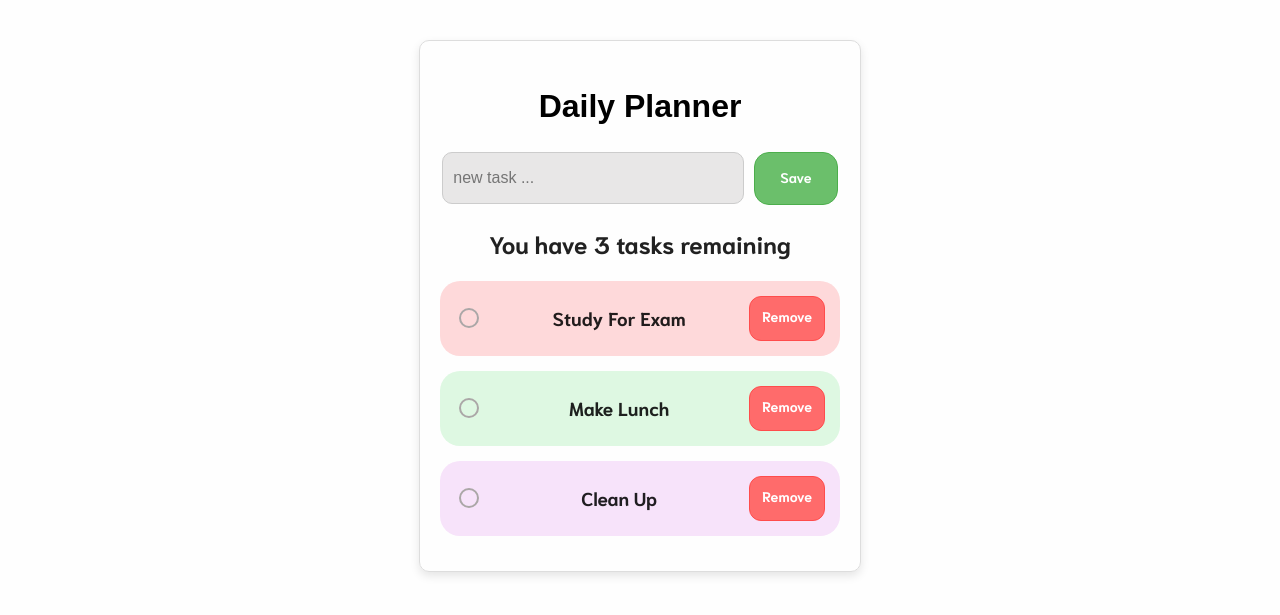
Repository: Zalida-Khan/Frontend-Lab4
Page: /
The author's editor kept a copy of each file at every save. The page is drawn from the files as they stood at one save, then again after the next save.
The browser window is 1280 px wide. The pictures show the whole page.
Some web fonts or font styles are not loaded; a fallback is used. The project was rebuilt for these pictures with package versions that can differ from the ones it lists, and the page was loaded fresh each time. Also part of the build but not shown: vite.config.js.

Above is the page before, as saved 2024-10-22 21:40:17.

### index.html
<!doctype html>
<html lang="en">

<head>
  <meta charset="UTF-8" />
  <link rel="icon" type="image/svg+xml" href="/vite.svg" />
  <meta name="viewport" content="width=device-width, initial-scale=1.0" />
  <title>Day Planner</title>
</head>

<body>
  <div id="root"></div>
  <script type="module" src="/src/main.jsx"></script>
</body>

</html>

### src/App.jsx
import "./App.css";
import React, { useState } from "react";
import Task from "./components/Task";
import TaskForm from "./components/TaskForm";

function App() {
  const [tasks, setTasks] = useState([
    { id: 1, text: "Study For Exam", completed: false },
    { id: 2, text: "Make Lunch", completed: false },
    { id: 3, text: "Clean Up", completed: false },
  ]);

  const addTask = (text) =>
    setTasks([...tasks, { id: Date.now(), text, completed: false }]);

  const toggleTask = (id) =>
    setTasks(
      tasks.map((task) =>
        task.id === id ? { ...task, completed: !task.completed } : task
      )
    );

  const removeTask = (id) => setTasks(tasks.filter((task) => task.id !== id));

  const remainingTasks = tasks.filter((task) => !task.completed).length;

  return (
    <div className="app">
      <header>
        <h1>Daily Planner</h1>
      </header>
      <TaskForm addTask={addTask} />
      <h2>
        You have {remainingTasks}{" "}
        {remainingTasks === 1 ? "task" : "tasks"} remaining
      </h2>
      <div className="task-list">
        {tasks.map((task) => (
          <Task
            key={task.id}
            task={task}
            toggleTask={toggleTask}
            removeTask={removeTask}
          />
        ))}
      </div>
    </div>
  );
}

export default App;

### src/index.css
:root {
  font-family: Inter, system-ui, Avenir, Helvetica, Arial, sans-serif;
  line-height: 1.5;
  font-weight: 400;

  color-scheme: light dark;
  color: rgba(0, 0, 0, 0.87);
  background-color: #fefefe;

  font-synthesis: none;
  text-rendering: optimizeLegibility;
  -webkit-font-smoothing: antialiased;
  -moz-osx-font-smoothing: grayscale;
}

### src/App.css
@font-face {
  font-family: "Ruska";
  src: url("../fonts/RuskaDisplay-Regular.otf") format("opentype");
  font-weight: normal;
  font-style: normal;
}

@font-face {
  font-family: "Niramit";
  src: url("../fonts/Niramit-Bold.ttf") format("truetype");
  font-weight: normal;
  font-style: normal;
}

#root {
  max-width: 1280px;
  margin: 0 auto;
  padding: 2rem;
  text-align: center;
  font-family: "Niramit", sans-serif;
}

.app {
  width: 400px;
  margin: 0 auto;
  padding: 20px;
  font-family: "Niramit", sans-serif;
  border: 1px solid #ddd;
  border-radius: 10px;
  box-shadow: 0 4px 10px rgba(0, 0, 0, 0.1);
}

h1 {
  font-family: "Ruska", sans-serif;
  font-weight: 50px;
  color: #000000;
}

.task-list {
  margin-top: 20px;
}

.task {
  display: flex;
  align-items: center;
  justify-content: space-between;
  margin-bottom: 15px;
  padding: 15px;
  border-radius: 20px;
  font-family: "Niramit", sans-serif;
}

.task:nth-child(6n+1) {
  background-color: #fed9da;
}

.task:nth-child(6n+2) {
  background-color: #def8e2;
}

.task:nth-child(6n+3) {
  background-color: #f7e3fa;
}

.task:nth-child(6n+4) {
  background-color: #ffe5db;
}

.task:nth-child(6n+5) {
  background-color: #fafcd4;
}

.task:nth-child(6n) {
  background-color: #dde0fa;
}

.task h3 {
  margin: 0;
  flex-grow: 1;
  text-decoration: none;
  font-family: "Niramit", sans-serif;
}

.task.completed h3 {
  text-decoration: line-through;
}

.checkmark {
  appearance: none;
  width: 20px;
  height: 20px;
  border-radius: 50%;
  border: 2px solid #aba7a7;
  background-color: transparent; /* Transparent background by default */
  cursor: pointer;
  margin-right: 10px;
  transition: background-color 0.3s, border-color 0.3s;
}

.checkmark:checked {
  background-color: #b7ffdd; /* Fill color when checked */
  border: 2px solid #198754; /* Optional: match border color */
}

.checkmark:checked::after {
  content: ''; /* Keep empty for filled effect */
}

.delete-btn {
  padding: 10px 12px;
  border-radius: 12px;
  padding-bottom: 15px;
  font-family: "Niramit", sans-serif;
  background-color: #ff6b6b;
  border: 1px solid #ff4c4c;
  color: white;
  cursor: pointer;
  font-size: 14px;
  transition: background-color 0.3s;
}

.delete-btn:hover {
  background-color: #ff4c4c;
}

.save-btn {
  padding: 15px 25px;
  border-radius: 15px;
  padding-bottom: 18px;
  background-color: #6bbf6b;
  border: 1px solid #4cae4c;
  font-family: "Niramit", sans-serif;
  color: white;
  cursor: pointer;
  font-size: 14px;
  transition: background-color 0.3s;
}

.save-btn:hover {
  background-color: #4cae4c;
}

.input-field {
  width: 70%;
  height: 30px;
  padding: 10px;
  border-radius: 10px;
  background-color: #e8e7e7;
  margin-right: 10px;
  border: 1px solid #ccc;
  font-size: 16px;
  outline: none;
  color: black;
  transition: border-color 0.3s;
}

.input-field:focus {
  border-color: #000000;
}

### src/components/Task.jsx
import React from 'react';

function Task({ task, toggleTask, removeTask }) {
  return (
    <div className={`task ${task.completed ? 'completed' : ''}`}>
      <input className="checkmark" type="checkbox" checked={task.completed} onChange={() => toggleTask(task.id)} />
      <h3>{task.text}</h3>
      <button className="delete-btn" onClick={() => removeTask(task.id)}>Remove</button>
    </div>
  );
}

export default Task;

### src/components/TaskForm.jsx
import React, { useState } from 'react';

function TaskForm({ addTask }) {
  const [text, setText] = useState('');

  const handleSubmit = (e) => {
    e.preventDefault();
    if (text.trim()) {
      addTask(text);
      setText('');
    }
  };

  return (
    <form onSubmit={handleSubmit}>
      <input className="input-field" type="text" value={text} onChange={(e) => setText(e.target.value)} placeholder="new task ..." />
      <button className="save-btn" type="submit">Save</button>
    </form>
  );
}

export default TaskForm;

Loaded but not shown: src/main.jsx (common file)

After the next save:
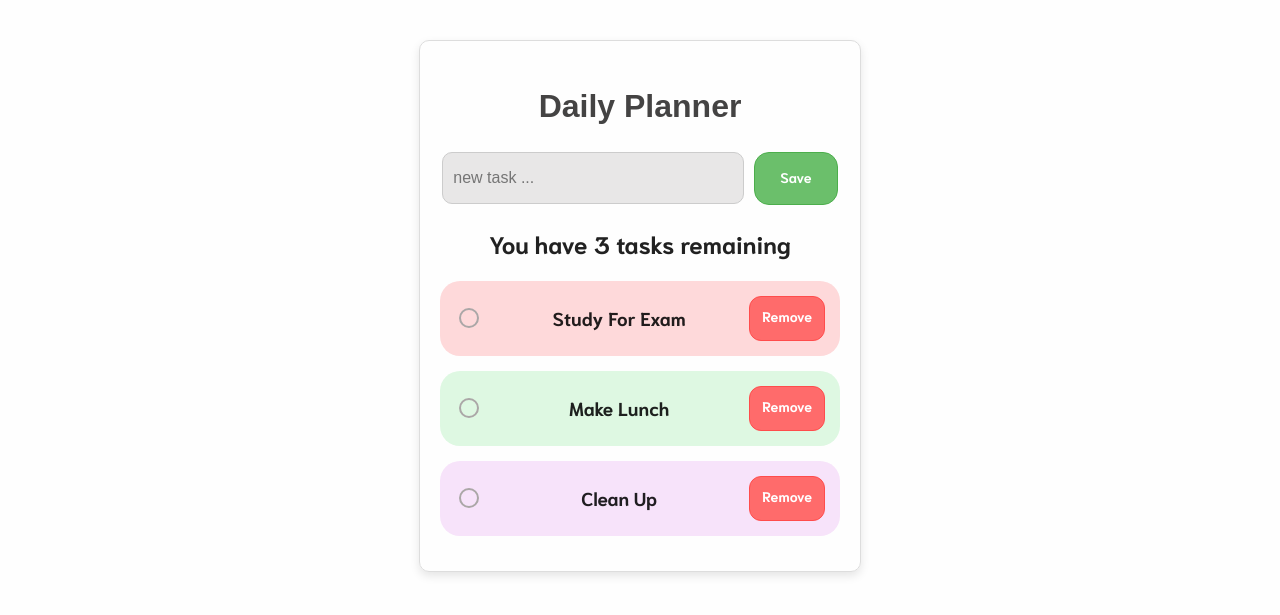
Saved 4 s later.
--- a/src/App.css
+++ b/src/App.css
@@ -33,7 +33,7 @@
 h1 {
   font-family: "Ruska", sans-serif;
   font-weight: 50px;
-  color: #000000;
+  color: #444343;
 }
 
 .task-list {
